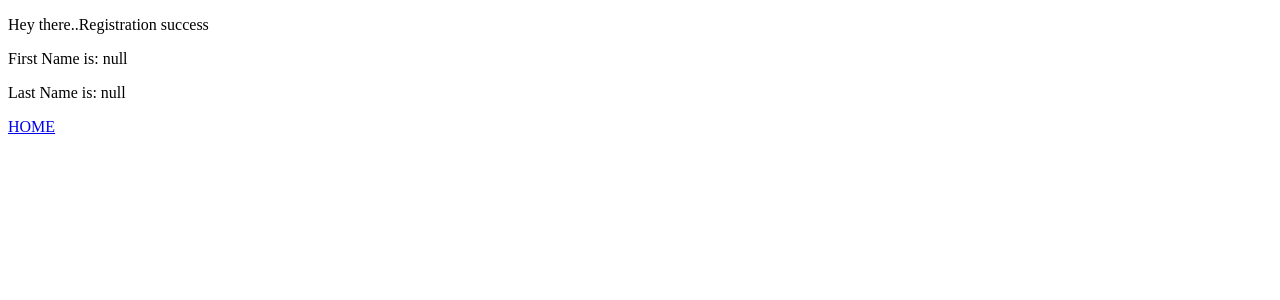
Repository: Bindu2296/allProjects
Page: http://localhost/Jspforms/reg.jsp
These files come from the project's save history. The page is drawn as it stood at one moment and after the next save; the edit follows.
The browser window is 1280 px wide. The pictures show the whole page.
The page is served by Tomcat 9.

Above is the page before, as saved 2019-03-26 12:00:38.

After the next save:
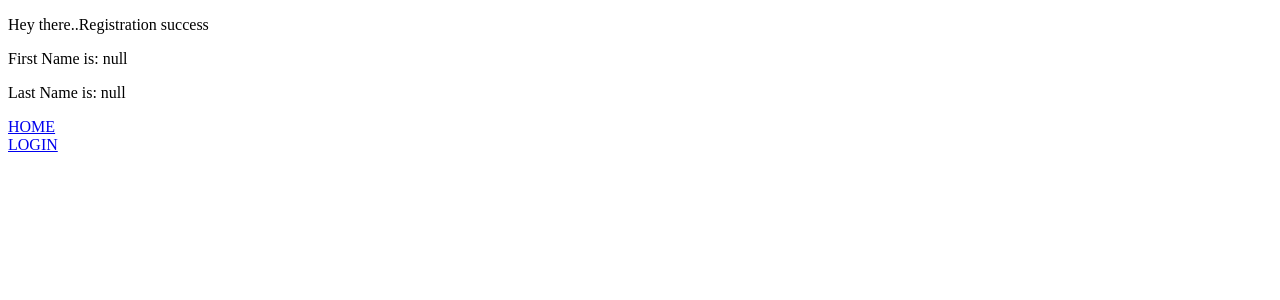
Saved 103 s later.
--- a/Jspforms/src/main/webapp/reg.jsp
+++ b/Jspforms/src/main/webapp/reg.jsp
@@ -9,5 +9,5 @@
 	String pword=(String) s.getAttribute("lastname");
 	out.println(uname); %></p>
 	<p>Last Name is: <%out.println(pword); %> </p>
-<a href='index.jsp'>HOME</a></body>
+<a href='index.jsp'>HOME</a><br><a href='login.jsp'>LOGIN</a></body>
 </html>
